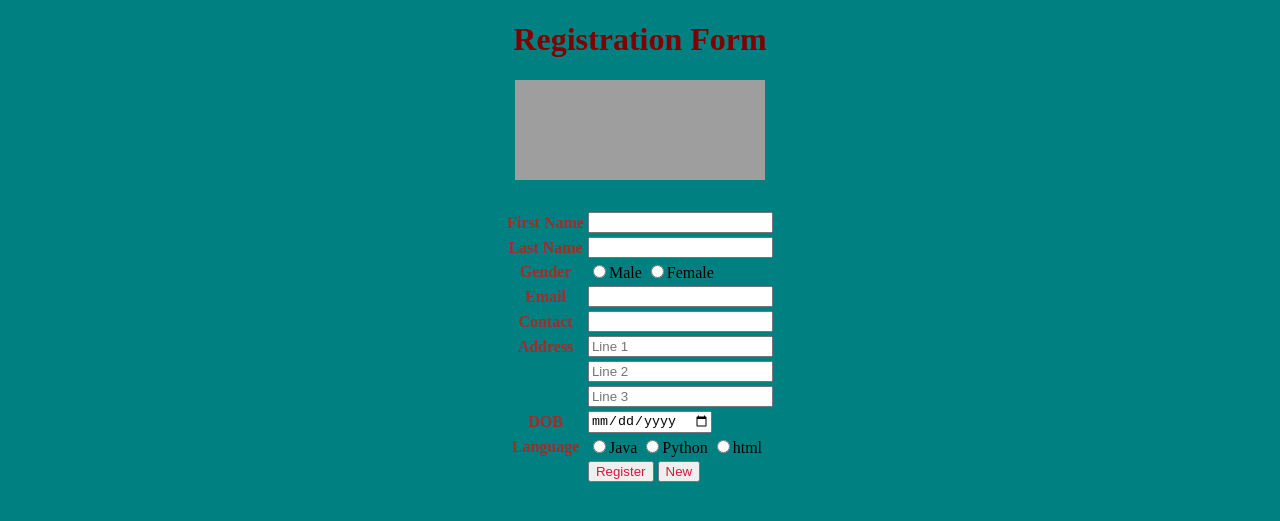
Repository: raviraj226/AdvanceJava
Page: http://localhost/Ravi_Maven/RegistrationForm.jsp
The author's editor kept a copy of each file at every save. The page is drawn from the files as they stood at one save, then again after the next save.
The browser window is 1280 px wide. The pictures show the whole page.
Pictures or frames that could not be fetched are drawn as grey boxes. The page is served by Tomcat 9. Other server files are loaded and not shown.

Above is the page before, as saved 2022-03-11 11:11:52.

### Advance Java/Ravi_Maven/src/main/webapp/RegistrationForm.jsp
<%@ page language="java" contentType="text/html; charset=ISO-8859-1"
    pageEncoding="ISO-8859-1"%>
<!DOCTYPE html>
<html>
<head>
<meta charset="ISO-8859-1">
<title>Insert title here</title>
</head>
<body bgcolor="teal">
<h1 align="center" style="color:maroon;">Registration Form</h1>
    <h1 align="center"><img src="D:\Learning Java\UI\download.png" width="250px" height="100px"></h1>
    <form>
        <table align="center">
            <tr>
                <th><label for="fName" style="color: brown;">First Name</label></th>
                <td><input id="fname" type="text"></td>
            </tr>
            <tr>
                <th><label for="fName" style="color: brown;">Last Name</label></th>
                <td><input id="fname" type="text"></td>
            </tr>
            <tr>
                <th><label for="fname" style="color: brown;">Gender</label></th>
                <td>
                    <input type="radio" name="new">Male
                    <input type="radio" name="new">Female
                </td>
            </tr>
            <tr>
                <th><label for ="email" style="color: brown;">Email</label></th>
                <td><input type ="email"> </td>
            </tr>
            <tr>
                <th>
                    <label for="fName" style="color: brown;">Contact</label>
                </th>
                <td>
                    <input type = "number" >
                </td>
            </tr>
            <tr>
                <th>
                    <label for="fName" style="color: brown;">Address</label>
                </th>
                <td>
                    <input type="fname" placeholder="Line 1">
                </td>
            </tr>
            <tr>
                <th>
                    <td>
                        <input type="fname" placeholder="Line 2">
                    </td>
                </th>
            </tr>
            <tr>
                <th>
                    <td>
                        <input type="fname" placeholder="Line 3">
                    </td>
                </th>
            </tr>
            <tr>
                <th>
                    <label for="fName" style="color: brown;">DOB</label>
                </th>
                <td>
                    <input type="date">
                </td>
            </tr>
            <tr>
                <th>
                    <label for="fName" style="color: brown;">Language</label>
                </th>
                <td>
                    <input type="radio" name="1">Java
                    <input type="radio" name="1">Python
                    <input type="radio" name="2">html
                </td>
            </tr>
            <tr>
                <th></th>
                <td>
                    <input type="submit" value="Register" style="color: crimson;">
                    <input type="button" value="New" style="color: crimson;">
                </td>
            </tr>
        </table>
    </form>
</body>
</html>

After the next save:
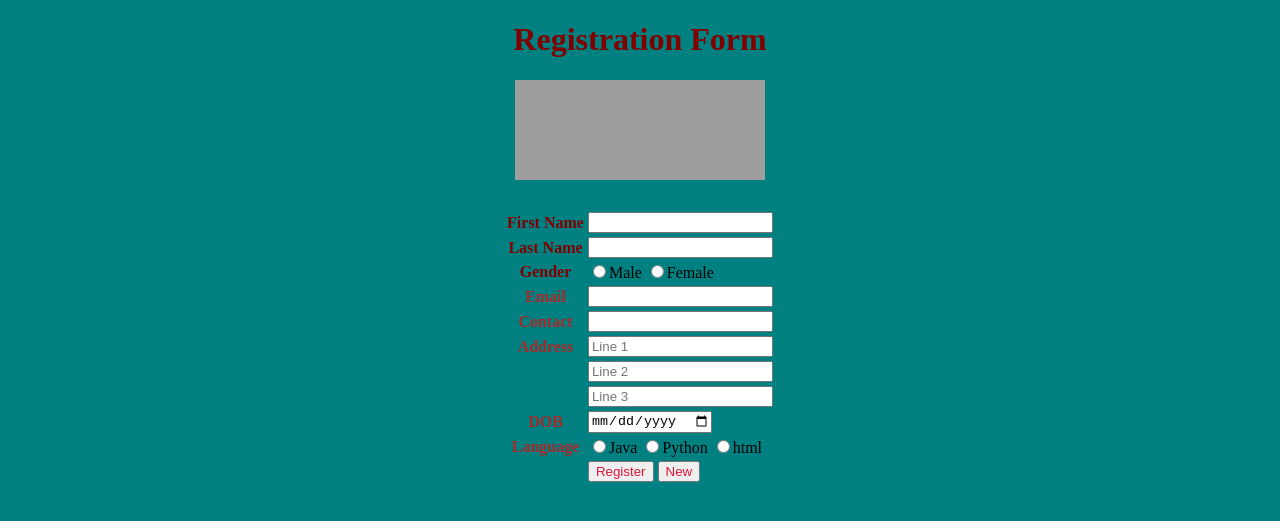
Saved 34 s later.
--- a/Advance Java/Ravi_Maven/src/main/webapp/RegistrationForm.jsp
+++ b/Advance Java/Ravi_Maven/src/main/webapp/RegistrationForm.jsp
@@ -12,15 +12,15 @@
     <form>
         <table align="center">
             <tr>
-                <th><label for="fName" style="color: brown;">First Name</label></th>
+                <th><label for="fName" style="color: maroon;">First Name</label></th>
                 <td><input id="fname" type="text"></td>
             </tr>
             <tr>
-                <th><label for="fName" style="color: brown;">Last Name</label></th>
+                <th><label for="fName" style="color: maroon;">Last Name</label></th>
                 <td><input id="fname" type="text"></td>
             </tr>
             <tr>
-                <th><label for="fname" style="color: brown;">Gender</label></th>
+                <th><label for="fname" style="color: maroon;">Gender</label></th>
                 <td>
                     <input type="radio" name="new">Male
                     <input type="radio" name="new">Female
